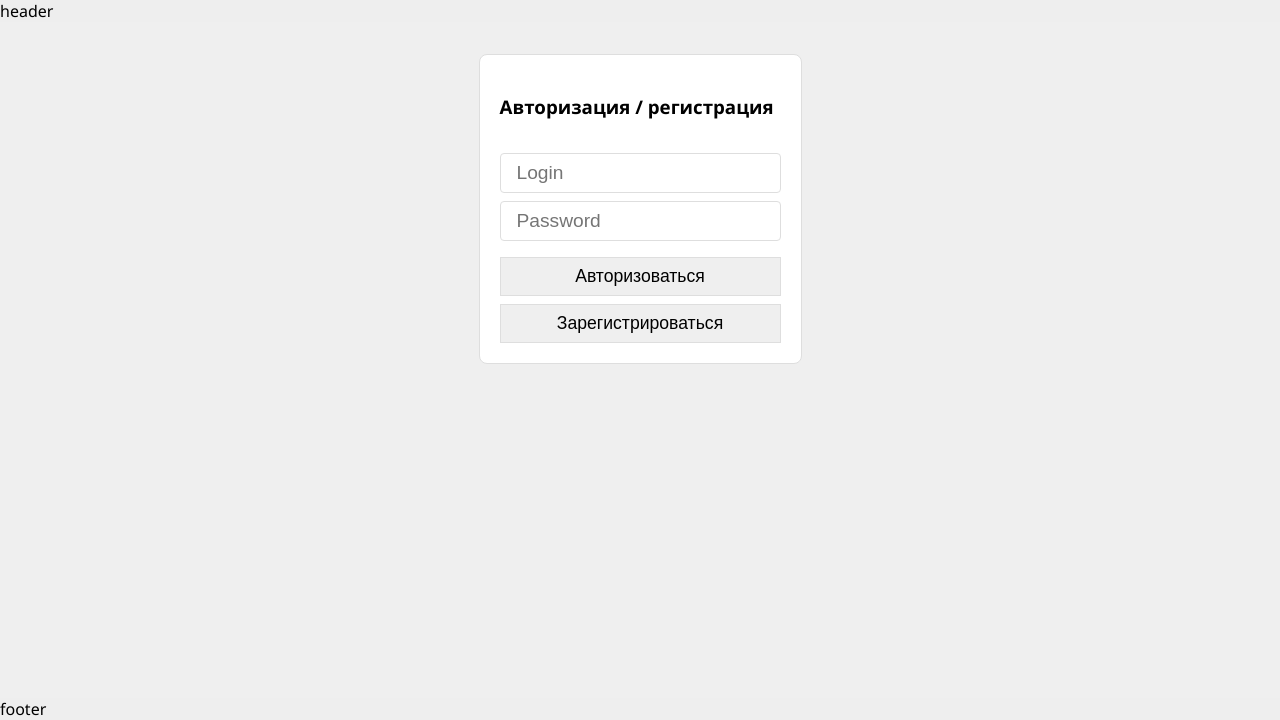
Repository: slep0y/fakeAuth
Page: index.html
The author's editor kept a copy of each file at every save. The page is drawn from the files as they stood at one save, then again after the next save.
The browser window is 1280 px wide. The pictures show the whole page.
The style sheet was rebuilt from its Sass, Less or Tailwind sources for each picture, by a compiler version that may differ from the author's.

Above is the page before, as saved 2025-01-19 18:17:55.

After the next save:
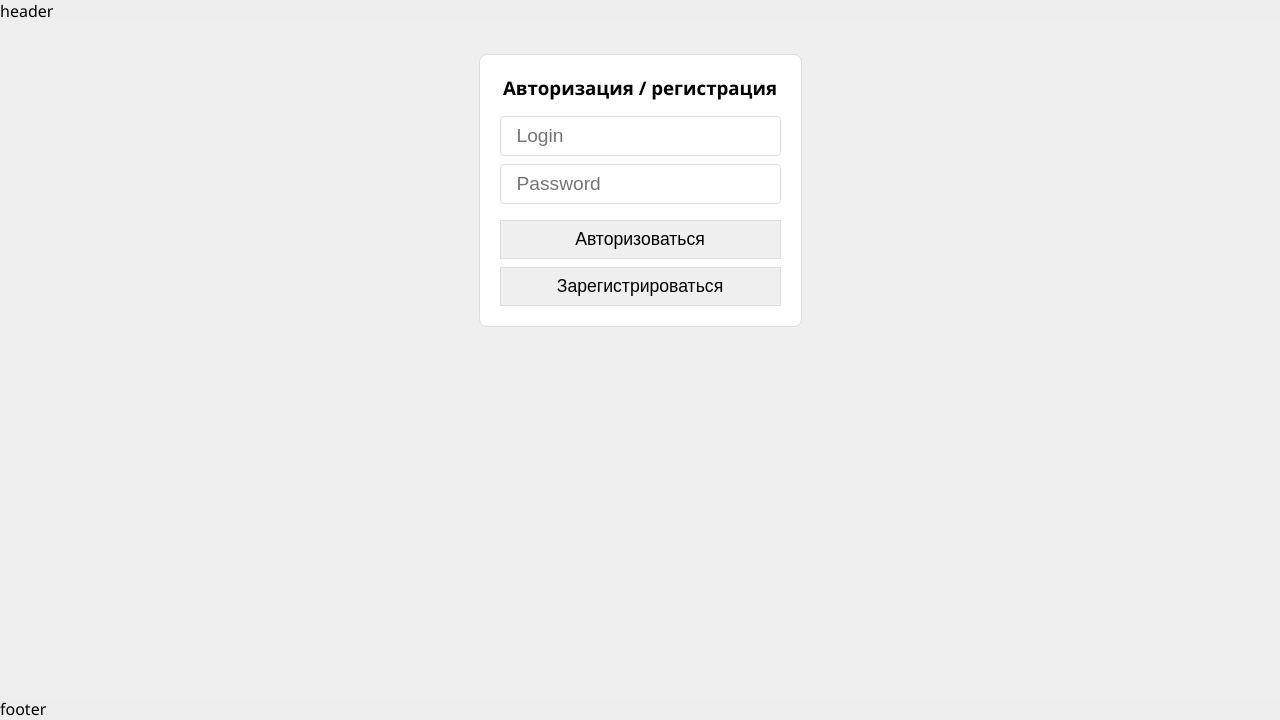
Saved 30 s later.
--- a/index.html
+++ b/index.html
@@ -14,7 +14,7 @@
             <div class="container">
                 <div class="auth-section__inner">
                     <form action="*" class="form" id="authForm">
-                        <h3 class="form__message">Авторизация / регистрация</h3>
+                        <h3 class="form__title">Авторизация / регистрация</h3>
                         <div class="fieldgroup">
                             <input id="loginName" name="loginName" type="text" class="input" placeholder="Login">
                             <input id="loginPass" name="loginPass" type="password" class="input" placeholder="Password">
